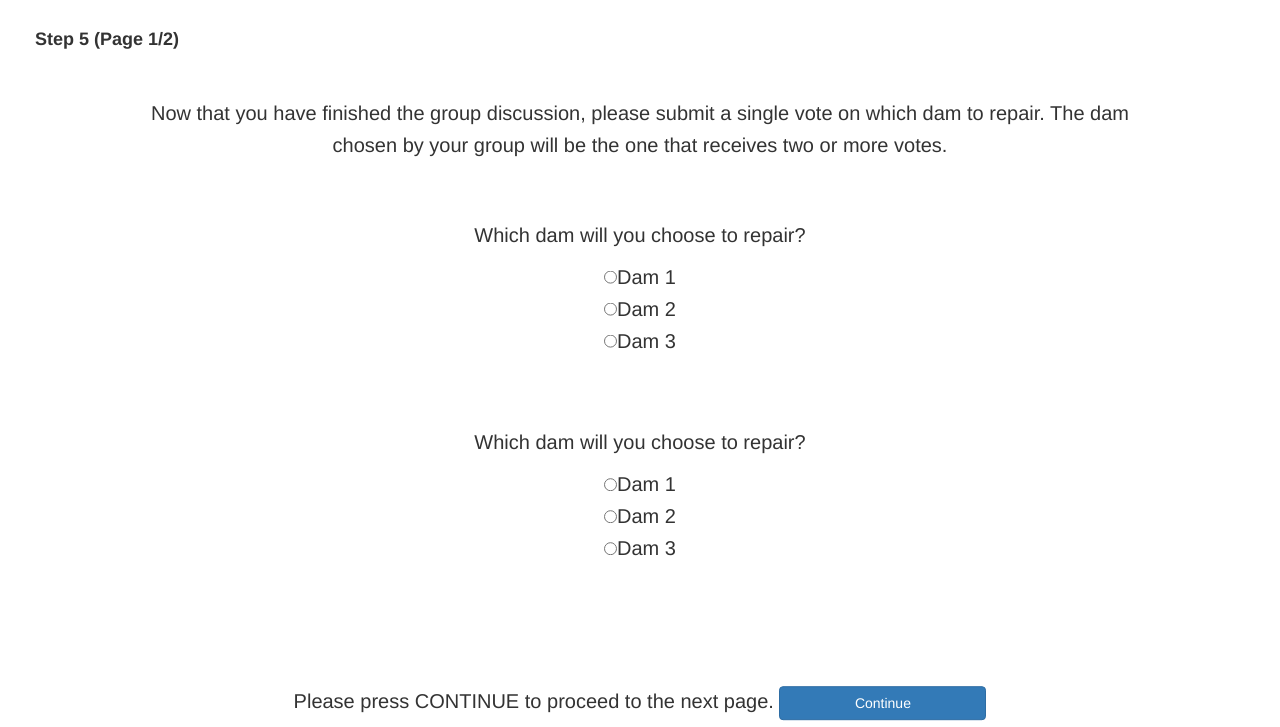
Repository: zmikaya/behavecon
Page: templates/group/Free3Dams/Free3Dams_p20.html
The author's editor kept a record of every edit. The page is drawn from the files as they stood at one moment, then again after the next edit.
The browser window is 1280 px wide. The pictures show the whole page.
The template is drawn by Django 2.2. The application's start-up code is not run. Other server files are loaded and not shown. The template is opened directly, without the code that normally fills it, so the values that code supplies are empty.

Above is the page before.
Console error: TypeError: Cannot read properties of null (reading 'getAttribute')

### templates/group/Free3Dams/Free3Dams_p20.html
{% extends 'free3dams-base.html' %}
{% load staticfiles %}

{% block body_block %}
    <!-- Page Content -->
    <div id="page-content-wrapper">
        <div class="container-fluid">
            <div class="progess-northwest">
                <h4><b>Step 5 (Page 1/2)</b></h4>
            </div>
            <div class="row">
                <div class="col-lg-1"></div>
                <div class="col-lg-10 center">
                    <p class="no-margin">Now that you have finished the group
                        discussion, please submit a single vote on which dam to
                        repair. The dam chosen by your group will be the one
                        that receives two or more votes.
                        <!--Payment-->
                        {% if payment_flag %}
                        Remember that if your
                        group makes the correct decision, each participant
                        in your group will earn an extra $5.
                        {% endif %}
                        <!--Payment-->
                    <div class="center">
                        <form class="table-3-center" action="">
                        <p>Which dam will you choose to repair?</p>
                        <input type="radio" name="finalDamChoice" value="Dam 1">Dam 1<br>
                        <input type="radio" name="finalDamChoice" value="Dam 2">Dam 2<br>
                        <input type="radio" name="finalDamChoice" value="Dam 3">Dam 3
                    </form>
                    </div>
                </div>
            </div>
            <div class="row">
                <div class="col-lg-12 center">
                    <div>
                        <form class="table-3-center" action="/Category3Dams/p21" method="post">
                            {% csrf_token %}
                            <p>Which dam will you choose to repair?</p>
                            <input type="radio" name="damChoice" value="Dam 1">Dam 1<br>
                            <input type="radio" name="damChoice" value="Dam 2">Dam 2<br>
                            <input type="radio" name="damChoice" value="Dam 3">Dam 3<br>
                            <p class="inline continue">Please press CONTINUE to proceed to the next page.</p>
                            <input id="continue" class="btn btn-primary next" data-toggle="modal" data-target="#myModal" value="Continue">
                        </form>
                        <!--<p class="inline continue">Please press CONTINUE to proceed to the next page.</p>-->
                        <!--<button type="button" class="btn btn-primary next" onclick="ajaxGetPage('p25')">Continue</button>-->
                        <!--<a id="continue" class="btn btn-primary next"  data-toggle="modal" data-target="#myModal">Continue</a>-->
                    </div>
                </div>
            </div>
            <!-- Modal -->
                  <div class="modal fade" id="myModal" role="dialog">
                    <div class="modal-dialog modal-sm">
                      <div class="modal-content">
                        <div class="modal-header">
                          <button type="button" class="close" data-dismiss="modal">&times;</button>
                          <h4 class="modal-title">Incomplete Response</h4>
                        </div>
                        <div class="modal-body">
                          <p id="incorrect">You must answer all of the questions.</p>
                        </div>
                        <div class="modal-footer">
                          <button type="button" class="btn btn-default" data-dismiss="modal">Close</button>
                        </div>
                      </div>
                    </div>
                  </div>
                    <!--<a href="#menu-toggle" class="btn btn-default" id="menu-toggle">Toggle Menu</a>-->
        </div>
    </div>
    <!-- /#page-content-wrapper -->
    <script type="text/javascript">
        var responses = {};
        $("input").on( "click",
            function() {
                $("input:checked").each(
                    function(){
                        var index = $(this).attr("name")
                        responses[index] = this.value;
                    }
                )
                checkContinue();
            }
        );

        function checkContinue() {
            if (Object.keys(responses).length == 1){
                // $("#continue").attr("onclick", "ajaxGetPage('p16', responses)")
                $("#continue").attr("type", "submit")
                $("#continue").removeAttr("data-toggle")
                $("#continue").removeAttr("data-target")
            }
            else {
                $("#incorrect").text("You must answer all of the questions.")
                $("#continue").attr("data-toggle", "modal")
                $("#continue").attr("data-target", "#myModal")

            }
        }
    </script>
{% endblock %}

### templates/free3dams-base.html
<!DOCTYPE html>
{% load staticfiles %}
<html lang="en">

<head>

    <meta charset="utf-8">
    <meta http-equiv="X-UA-Compatible" content="IE=edge">
    <meta name="viewport" content="width=device-width, initial-scale=1">
    <meta name="description" content="">
    <meta name="author" content="">

    <title>BehaveCon</title>

    <!-- Bootstrap Core CSS -->
    <link href="{% static "css/bootstrap.min.css" %}" rel="stylesheet">

    <!-- Custom CSS -->
    <link href="{% static "css/simple-sidebar.css" %}" rel="stylesheet">

    <link href="{% static "css/style.css" %}" rel="stylesheet">

    <script src="{% static "js/jquery.js" %}"></script>

    <script src="{% static "js/embed.js" %}" type="text/javascript"></script>

    <!-- HTML5 Shim and Respond.js IE8 support of HTML5 elements and media queries -->
    <!-- WARNING: Respond.js doesn't work if you view the page via file:// -->
    <!--[if lt IE 9]>
        <script src="https://oss.maxcdn.com/libs/html5shiv/3.7.0/html5shiv.js"></script>
        <script src="https://oss.maxcdn.com/libs/respond.js/1.4.2/respond.min.js"></script>
    <![endif]-->

</head>

<body>

    <!--<div id="wrapper">-->

        <!-- Sidebar -->
    <!--    <div id="sidebar-wrapper">-->
    <!--        <ul class="sidebar-nav">-->
    <!--            <li class="sidebar-brand">-->
    <!--                <a href="#">-->
    <!--                    Start Bootstrap-->
    <!--                </a>-->
    <!--            </li>-->
    <!--            <li>-->
    <!--                <a href="#">Dashboard</a>-->
    <!--            </li>-->
    <!--            <li>-->
    <!--                <a href="#">Shortcuts</a>-->
    <!--            </li>-->
    <!--            <li>-->
    <!--                <a href="#">Overview</a>-->
    <!--            </li>-->
    <!--            <li>-->
    <!--                <a href="#">Events</a>-->
    <!--            </li>-->
    <!--            <li>-->
    <!--                <a href="#">About</a>-->
    <!--            </li>-->
    <!--            <li>-->
    <!--                <a href="#">Services</a>-->
    <!--            </li>-->
    <!--            <li>-->
    <!--                <a href="#">Contact</a>-->
    <!--            </li>-->
    <!--        </ul>-->
    <!--    </div>-->
        <!-- /#sidebar-wrapper -->

        <!-- Page Content -->
        {% block body_block %}{% endblock %}
    <!-- /#wrapper -->

    <!-- jQuery -->
    <script src="{% static "js/jquery.js" %}"></script>

    <!-- Bootstrap Core JavaScript -->
    <script src="{% static "js/bootstrap.min.js" %}"></script>

    <script src="{% static "js/scriptfree.js" %}"></script>

    <!-- Menu Toggle Script -->
    <script>
    $("#menu-toggle").click(function(e) {
        e.preventDefault();
        $("#wrapper").toggleClass("toggled");
    });
    </script>

</body>

</html>

### static/css/simple-sidebar.css
/*!
 * Start Bootstrap - Simple Sidebar HTML Template (http://startbootstrap.com)
 * Code licensed under the Apache License v2.0.
 * For details, see http://www.apache.org/licenses/LICENSE-2.0.
 */

/* Toggle Styles */

#wrapper {
    padding-left: 0;
    -webkit-transition: all 0.5s ease;
    -moz-transition: all 0.5s ease;
    -o-transition: all 0.5s ease;
    transition: all 0.5s ease;
}

#wrapper.toggled {
    padding-left: 250px;
}

#sidebar-wrapper {
    z-index: 1000;
    position: fixed;
    left: 250px;
    width: 0;
    height: 100%;
    margin-left: -250px;
    overflow-y: auto;
    background: #000;
    -webkit-transition: all 0.5s ease;
    -moz-transition: all 0.5s ease;
    -o-transition: all 0.5s ease;
    transition: all 0.5s ease;
}

#wrapper.toggled #sidebar-wrapper {
    width: 250px;
}

#page-content-wrapper {
    width: 100%;
    position: absolute;
    padding: 15px;
}

#wrapper.toggled #page-content-wrapper {
    position: absolute;
    margin-right: -250px;
}

/* Sidebar Styles */

.sidebar-nav {
    position: absolute;
    top: 0;
    width: 250px;
    margin: 0;
    padding: 0;
    list-style: none;
}

.sidebar-nav li {
    text-indent: 20px;
    line-height: 40px;
}

.sidebar-nav li a {
    display: block;
    text-decoration: none;
    color: #999999;
}

.sidebar-nav li a:hover {
    text-decoration: none;
    color: #fff;
    background: rgba(255,255,255,0.2);
}

.sidebar-nav li a:active,
.sidebar-nav li a:focus {
    text-decoration: none;
}

.sidebar-nav > .sidebar-brand {
    height: 65px;
    font-size: 18px;
    line-height: 60px;
}

.sidebar-nav > .sidebar-brand a {
    color: #999999;
}

.sidebar-nav > .sidebar-brand a:hover {
    color: #fff;
    background: none;
}

@media(min-width:768px) {
    #wrapper {
        padding-left: 250px;
    }

    #wrapper.toggled {
        padding-left: 0;
    }

    #sidebar-wrapper {
        width: 250px;
    }

    #wrapper.toggled #sidebar-wrapper {
        width: 0;
    }

    #page-content-wrapper {
        padding: 20px;
        position: relative;
    }

    #wrapper.toggled #page-content-wrapper {
        position: relative;
        margin-right: 0;
    }
}

### static/css/style.css
.center {
    text-align: center;
    font-size: 20px;
    margin-top: 3%;
    line-height: 160%;
}

.left-align {
    font-size: 20px;
    margin-top: 3%;
    line-height: 160%;
}

.left-align-width {
    font-size: 20px;
    margin-top: 3%;
    line-height: 160%;
    width: 80% !important;
}

.left-align-no-margin {
    font-size: 20px;
    margin-top: 0;
    line-height: 160%;
}

.inline {
    display: inline-block;
}

.continue {
    margin-top: 10%;
}

.text {
    font-size: 20px;
    line-height: 160%;
}

.left {
    margin-top: 3%;
    width: 50%;
    float: left;
}

.right {
    margin-top: 3%;
    width: 50%;
    float: right;
}

.damTable {
    max-height: 100%;
    max-width: 100%;
    margin-top: 15%;
}

.damContinue {
    float: right;
    font-size: 20px;
    padding-right: 5%;
}

.bullet-points li {
    margin-bottom: 2%;
}

.practice-ml-row{
    height: 150px;
    border-bottom: thick solid #A69F9F;
}

.col-md-6 p{
    margin: 0;
    transform: translateY(50%);
}

.table-center {
    transform: translateY(50%);
}

.table-3-center {
    transform: translateY(20%);
}

.list-no-style {
    list-style-type: none;
}

.list-inline {
    vertical-align: top;
}

.table-inline {
    display: inline-block;
}
.border{
    height: 100%;
    border-left: thick solid #A69F9F;
}

.no-margin {
    margin: 0;
}

.chat {
    margin-top: 4%;
}

.enterinfo {
    width: 15%;
}

.error-msg {
    color: red;
}

.npresent {
    padding-left: 35px;
}



#leftAnswers {
    margin-top: 5%;
}

#black-border {
    border: solid black;
}

### static/js/embed.js
function tlkioOnload() {
    var target_element  = document.getElementById('tlkio'),
        channel_name    = target_element.getAttribute('data-channel'),
        custom_css_path = target_element.getAttribute('data-theme'),
        nickname        = target_element.getAttribute('data-nickname'),
        iframe          = document.createElement('iframe');

    // var iframe_src = 'http://embed.lvh.me:3000/' + channel_name,
    var iframe_src = '//embed.tlk.io/' + channel_name,
        iframe_query = [];


    if (custom_css_path && custom_css_path.length > 0) {
      iframe_query.push('custom_css_path=' + custom_css_path);
    }

    if (nickname && nickname.length > 0) {
      iframe_query.push('nickname=' + nickname);
    }

    if (iframe_query.length > 0) {
      iframe_src += '?' + iframe_query.join('&')
    }

    iframe.setAttribute('src', iframe_src);
    iframe.setAttribute('width', '100%');
    iframe.setAttribute('height', '100%');
    iframe.setAttribute('frameborder', '0');
    iframe.setAttribute('style', 'margin-bottom: -8px;');

    var current_style = target_element.getAttribute('style');
    target_element.setAttribute('style', 'overflow: auto; -webkit-overflow-scrolling: touch;' + current_style);

    target_element.appendChild(iframe);
};

### static/js/scriptfree.js
var url = "/Free3Dams/"

function getCookie(name) {
    var cookieValue = null;
    if (document.cookie && document.cookie != '') {
        var cookies = document.cookie.split(';');
        for (var i = 0; i < cookies.length; i++) {
            var cookie = jQuery.trim(cookies[i]);
            // Does this cookie string begin with the name we want?
            if (cookie.substring(0, name.length + 1) == (name + '=')) {
                cookieValue = decodeURIComponent(cookie.substring(name.length + 1));
                break;
            }
        }
    }
    return cookieValue;
}


// $('.next').click(function(){
//     var csrftoken = getCookie('csrftoken');
//     var id = $("#enterid").val();
//     var page = $(this).attr('id')+'/';
//     $.ajax({
//       type: "POST",
//       url: url + page,
//       data: {
//           'id': id,
//           'csrfmiddlewaretoken': csrftoken
//         },
//         success: nextPage,
//         dataType: 'html'
//     });
// });

function dictToList(dict) {
    var keys = Object.keys(dict).sort()
    var data = [];
    for (var i=0; i<keys.length; i++) {
        data.push(dict[keys[i]]);
    }
    return data
}

function ajaxGetPage(page, data){
    var csrftoken = getCookie('csrftoken');
    console.log(url+page)
    var id = $("#enterid").val();
    // var page = $(this).attr('id')+'/';
    if (data) {
        var out = JSON.stringify(dictToList(data));
        console.log(out)
        $.ajax({
          type: "POST",
          url: url + page,
          data: {
              'data': out,
              'csrfmiddlewaretoken': csrftoken
            },
            success: nextPage,
            dataType: 'html'
        });
    }
    else {
        $.ajax({
          type: "POST",
          url: url + page,
          data: {
              'id': id,
              'csrfmiddlewaretoken': csrftoken
            },
            success: nextPage,
            dataType: 'html'
        });
    }
};

function ajaxSendData(page, data){
    var csrftoken = getCookie('csrftoken');
    console.log(url+page)
    var id = $("#enterid").val();
    // var page = $(this).attr('id')+'/';
    if (data) {
        var out = JSON.stringify(dictToList(data));
        console.log(out)
        $.ajax({
          type: "POST",
          url: url + page,
          data: {
              'data': out,
              'csrfmiddlewaretoken': csrftoken
            },
            success: emptyReturn,
            dataType: 'html'
        });
    }
}


function emptyReturn(data, textStatus, jqXHR){
    // var data = $.parseHTML(data);
    // console.log(data)
    // $("html").empty();
    // for(var i=0; i<data.length; i++){
    //     $("html").append(data[i])
    // }
    // if (tlkioOnload) {
    //     tlkioOnload();
    // }
}

// if (tlkioOnload) {
//     tlkioOnload();
// }


// handles the returned html/data from Django
// clears existing body, then replaces it with returned html
var test = null;
function nextPage(data, textStatus, jqXHR){
    test = data;
    var data = $.parseHTML(data);
    console.log(data)
    $("html").empty();
    for(var i=0; i<data.length; i++){
        $("html").append(data[i])
    }
    if (tlkioOnload) {
        tlkioOnload();
    }
}

if (tlkioOnload) {
    tlkioOnload();
}

Loaded but not shown: static/css/bootstrap.min.css (library); static/js/jquery.js (library); static/js/bootstrap.min.js (library)

After the next edit:
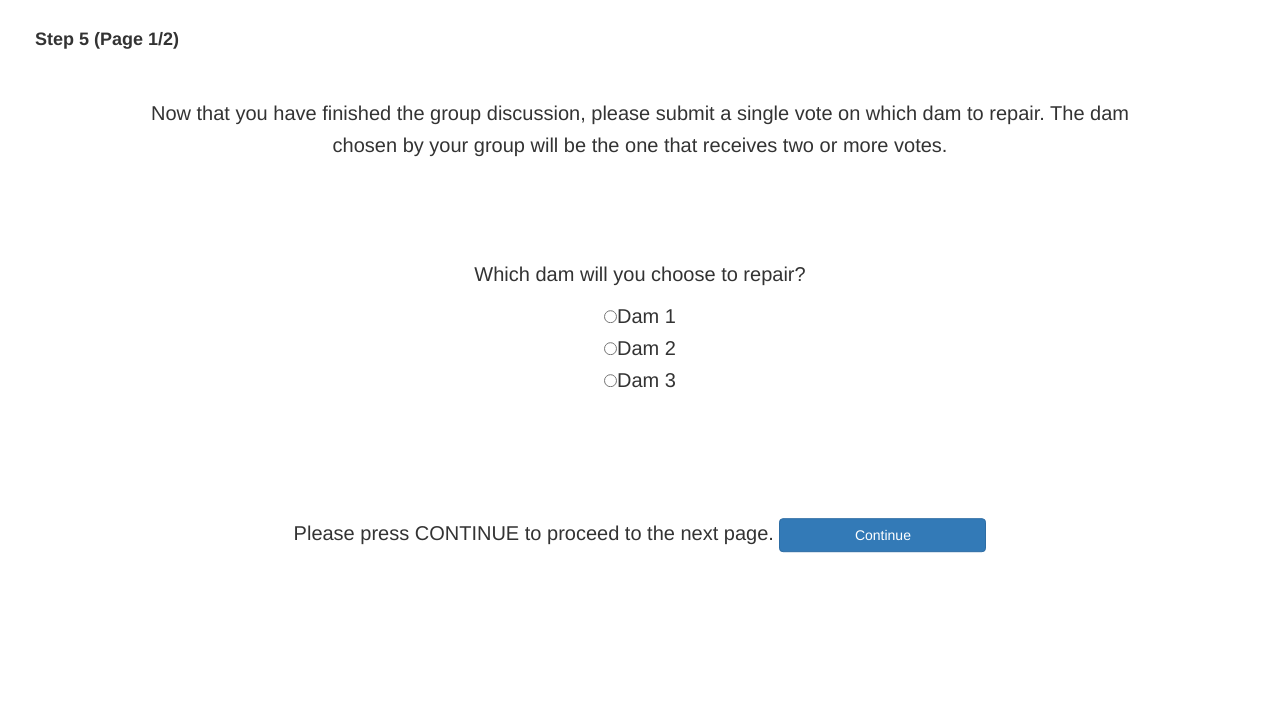
The edit:
--- a/templates/group/Free3Dams/Free3Dams_p20.html
+++ b/templates/group/Free3Dams/Free3Dams_p20.html
@@ -22,14 +22,14 @@
                         in your group will earn an extra $5.
                         {% endif %}
                         <!--Payment-->
-                    <div class="center">
-                        <form class="table-3-center" action="">
-                        <p>Which dam will you choose to repair?</p>
-                        <input type="radio" name="finalDamChoice" value="Dam 1">Dam 1<br>
-                        <input type="radio" name="finalDamChoice" value="Dam 2">Dam 2<br>
-                        <input type="radio" name="finalDamChoice" value="Dam 3">Dam 3
-                    </form>
-                    </div>
+                    <!--<div class="center">-->
+                    <!--    <form class="table-3-center" action="">-->
+                    <!--    <p>Which dam will you choose to repair?</p>        -->
+                    <!--    <input type="radio" name="finalDamChoice" value="Dam 1">Dam 1<br>-->
+                    <!--    <input type="radio" name="finalDamChoice" value="Dam 2">Dam 2<br>-->
+                    <!--    <input type="radio" name="finalDamChoice" value="Dam 3">Dam 3-->
+                    <!--</form>-->
+                    <!--</div>-->
                 </div>
             </div>
             <div class="row">
